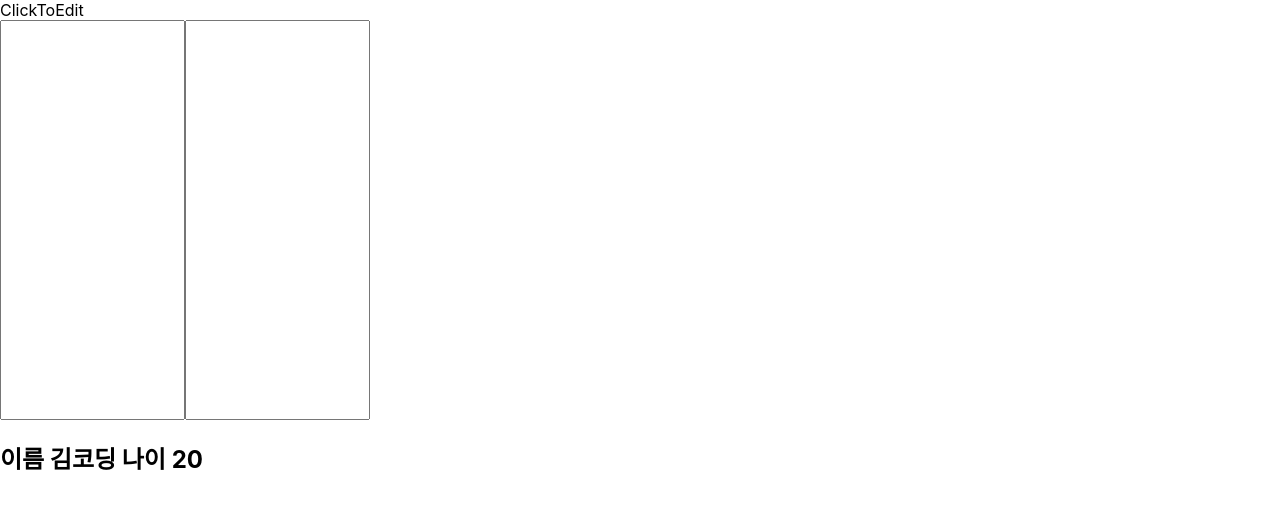
Repository: janghwahyun/wanted_pre_onboarding
Page: /ClickToEdit
These files come from the project's save history. The page is drawn as it stood at one moment and after the next save; the edit follows.
The browser window is 1280 px wide. The pictures show the whole page.
The project was rebuilt for these pictures with package versions that can differ from the ones it lists, and the page was loaded fresh each time. Also part of the build but not shown: src/component/AutoComplete.js, src/component/Modal.js, src/component/Tab.js, src/component/Toggle.js.

Above is the page before, as saved 2022-02-11 12:22:44.

After the next save:
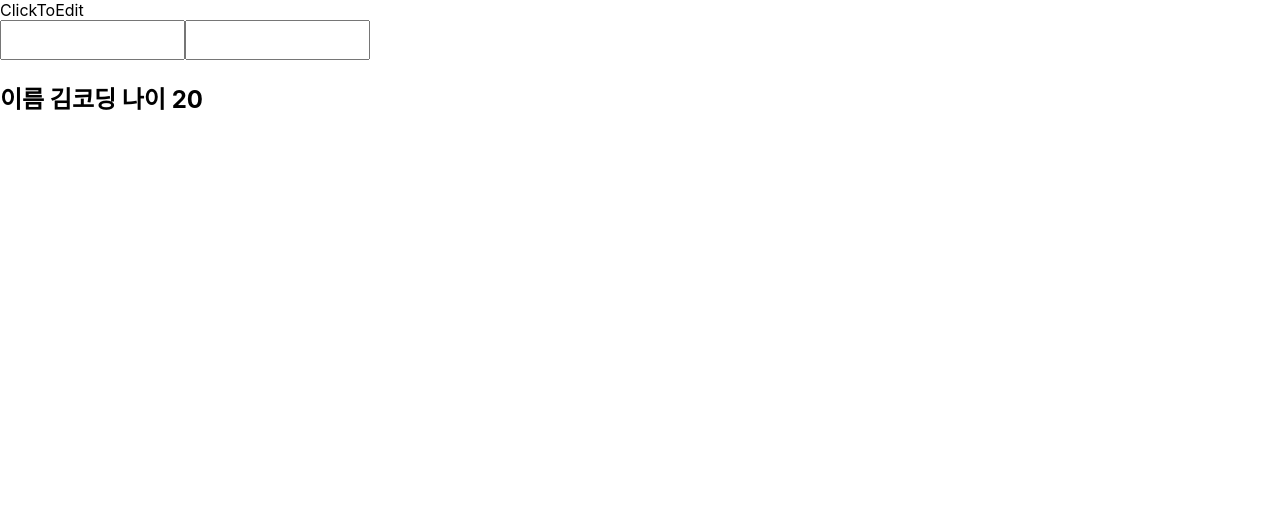
Saved 4 s later.
--- a/src/component/ClickToEdit.js
+++ b/src/component/ClickToEdit.js
@@ -23,7 +23,7 @@ const ClickToEdit = () => {
 
 const Input = styled.div`
   width: 100px;
-  height: 400px;
+  height: 40px;
   display: flex;
 `;
 
